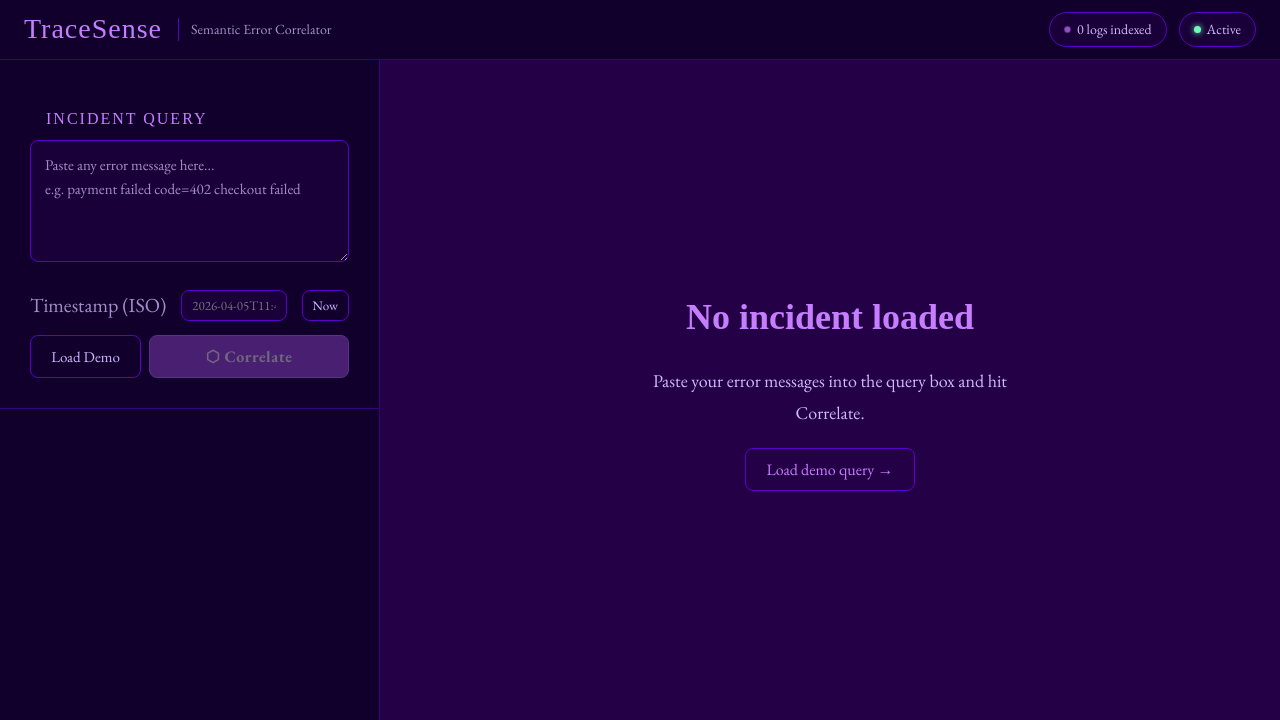
Repository: SaranyaM15/AI_Engineer_Journey
Page: / (app in tracesense/frontend/)
The author's editor kept a copy of each file at every save. The page is drawn from the files as they stood at one save, then again after the next save.
The browser window is 1280 px wide. The pictures show the whole page.
The page's requests for data from a server got no answer. Some web fonts or font styles are not loaded; a fallback is used. The project was rebuilt for these pictures with package versions that can differ from the ones it lists, and the page was loaded fresh each time. No one was signed in, and anything a server would have sent is missing. Also part of the build but not shown: tracesense/frontend/vite.config.js, tracesense/frontend/src/components/Timeline.jsx, tracesense/frontend/src/components/LogFeed.jsx.

Above is the page before, as saved 2026-04-05 19:21:29.

After the next save:
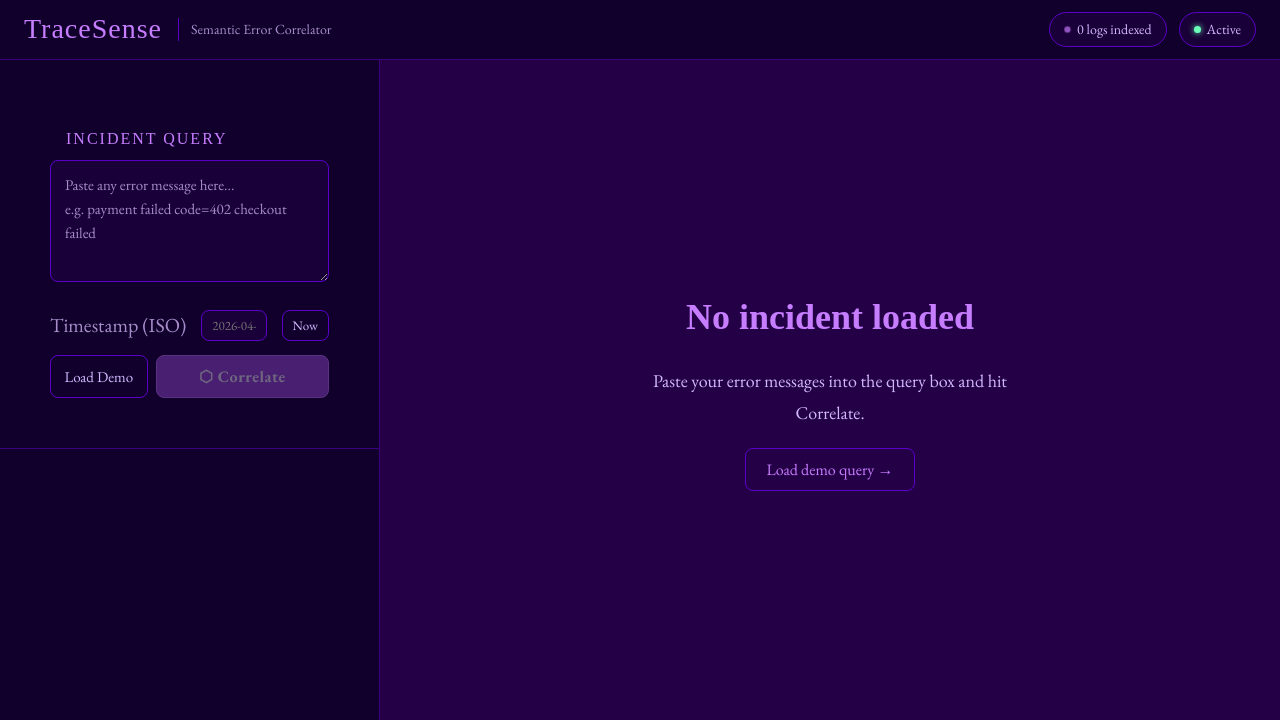
Saved 9 s later.
--- a/tracesense/frontend/src/App.css
+++ b/tracesense/frontend/src/App.css
@@ -140,7 +140,7 @@ body {
 
 /* ── Query Panel ── */
 .query-panel {
-  padding:       30px;
+  padding:       50px;
   border-bottom: 1px solid var(--border);
   flex-shrink:   0;
 }
